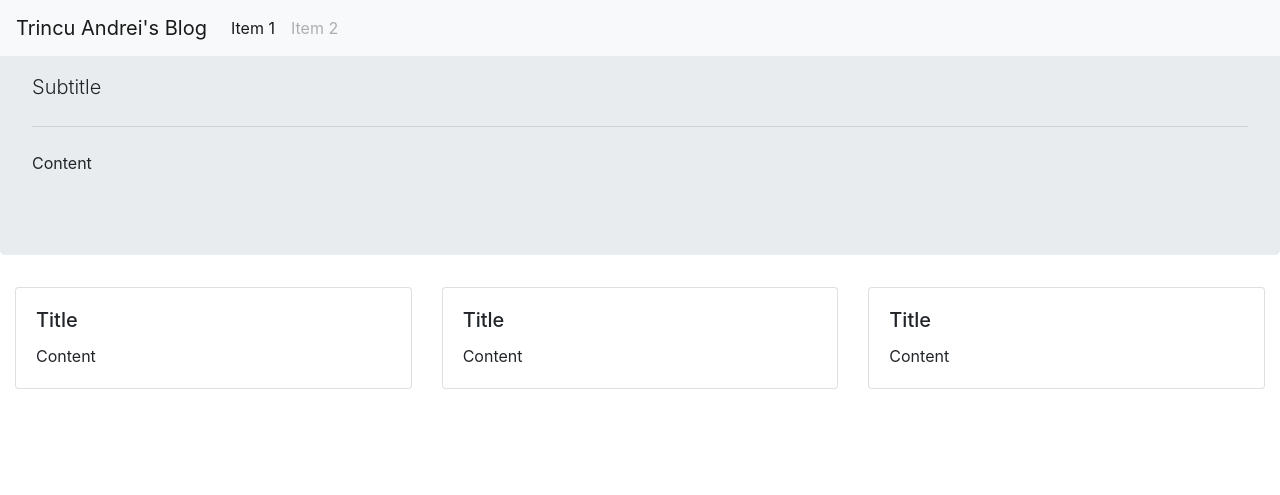
Repository: nicolasolo/bitesizecoding.space
Page: index.html
An editor plug-in stored every save of this project. The page is shown before and after the next save, followed by the edit.
The browser window is 1280 px wide. The pictures show the whole page.

Above is the page before, as saved 2020-04-09 17:05:12.

After the next save:
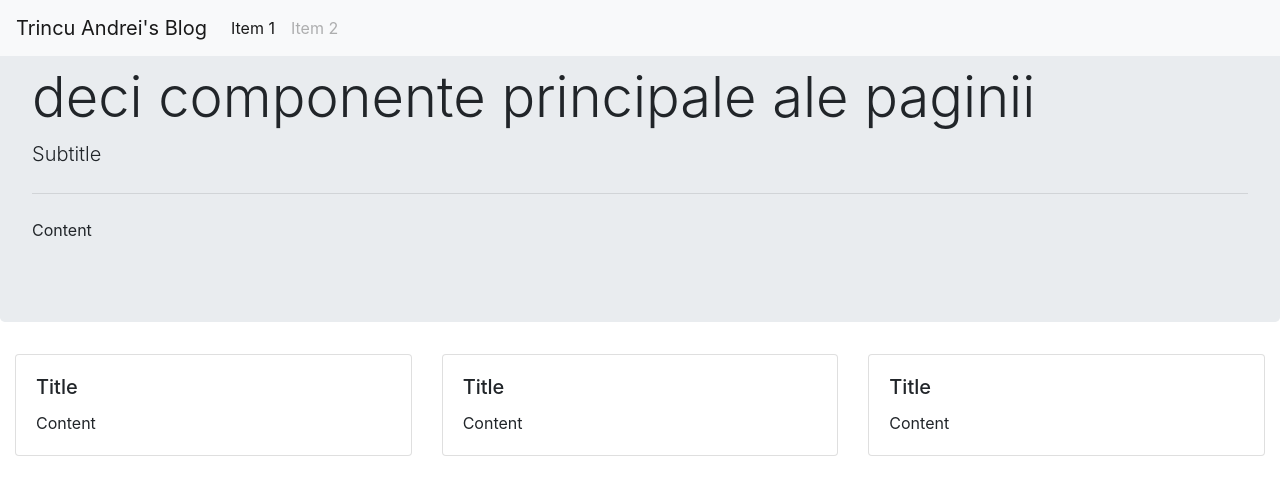
Saved 46 s later.
--- a/index.html
+++ b/index.html
@@ -32,7 +32,7 @@
     <div>
         <div class="jumbotron">
             <h1 class="display-4">
-
+                deci componente principale ale paginii
             </h1>
             <p class="lead">Subtitle</p>
             <hr class="my-4">
